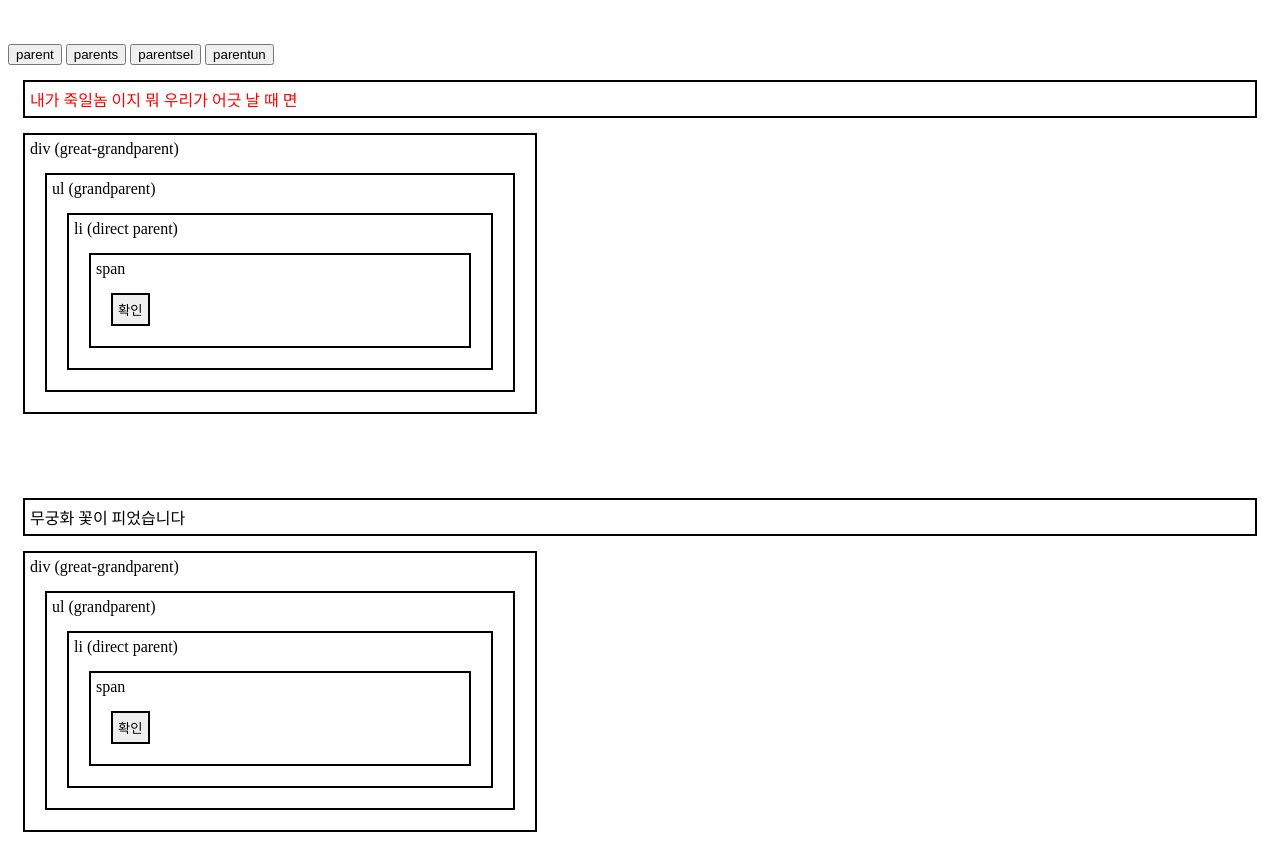
Repository: JJaeHwan/HTML
Page: jquerypro/WebContent/0113/찾기메소드2.html
An editor plug-in stored every save of this project. The page is shown before and after the next save, followed by the edit.
The browser window is 1280 px wide. The pictures show the whole page.
After loading, the first visible `button` was clicked once.

Above is the page before, as saved 2023-01-13 08:06:52.

After the next save:
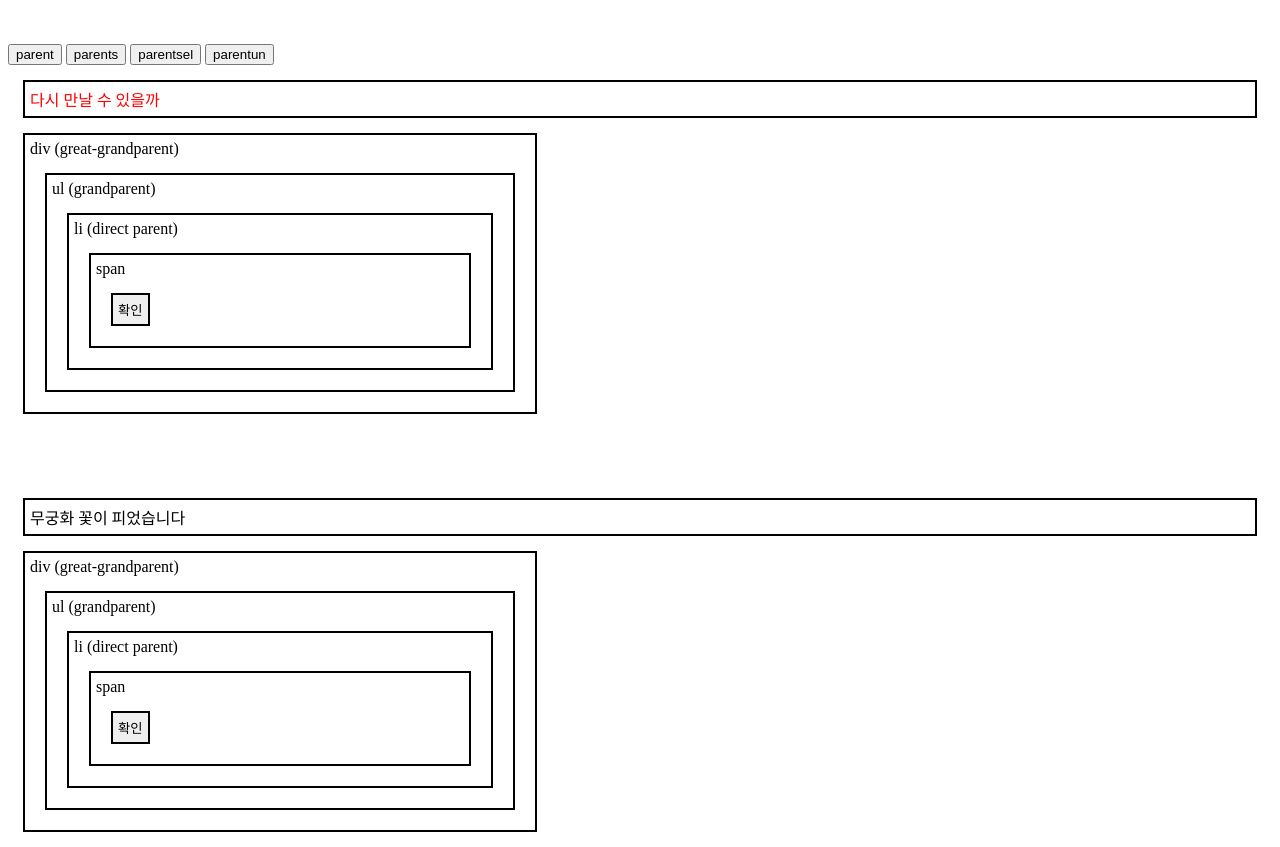
Saved 35 s later.
--- a/jquerypro/WebContent/0113/찾기메소드2.html
+++ b/jquerypro/WebContent/0113/찾기메소드2.html
@@ -47,7 +47,7 @@ $(function () {
 			vdd = $(this).parents('.dd');
 
 			vp = $(vdd).find('p');
-			$(vp).text("내가 죽일놈 이지 뭐 우리가 어긋 날 때 면").css('color', 'red');
+			$(vp).text(arr[rand]).css('color', 'red');
 
 
 		})
